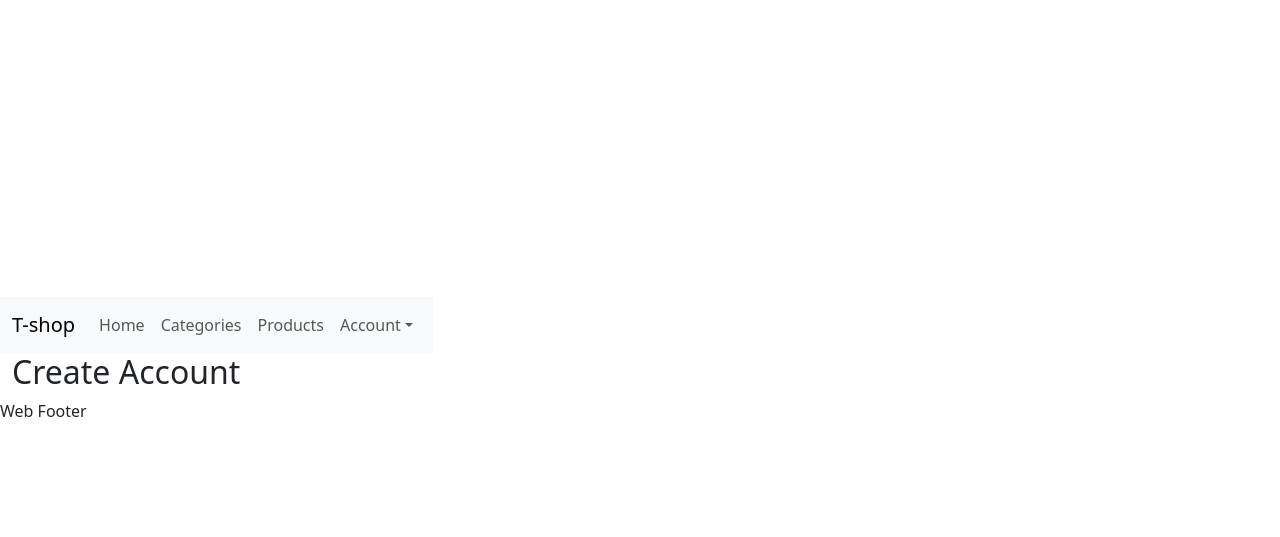
Repository: HadelAbdellatif/ecommerce1
Page: /register
These files come from the project's save history. The page is drawn as it stood at one moment and after the next save; the edit follows.
The browser window is 1280 px wide. The pictures show the whole page.
The project was rebuilt for these pictures with package versions that can differ from the ones it lists, and the page was loaded fresh each time. Also part of the build but not shown: vite.config.js, src/components/web/home/Home.jsx, src/components/web/categories/Categories.jsx, src/components/dashboard/navbar/Navbar.jsx, src/components/dashboard/footer/Footer.jsx, src/layouts/DashboardLayout.jsx, src/components/dashboard/home/Home.jsx, src/components/dashboard/categories/Categories.jsx.

Above is the page before, as saved 2023-11-20 20:12:20.

### src/main.jsx
import React from 'react'
import ReactDOM from 'react-dom/client'

import '../node_modules/bootstrap/dist/css/bootstrap.min.css'
import '../node_modules/bootstrap/dist/js/bootstrap.bundle.min.js'

import { ToastContainer } from 'react-toastify';
import 'react-toastify/dist/ReactToastify.css';

import App from './App.jsx'
import './index.css'

ReactDOM.createRoot(document.getElementById("root")).render(
  <App />
);

### src/App.jsx
import React from 'react'
import {router} from './layouts/Routes.jsx'
import axios from 'axios'
import { ToastContainer } from 'react-toastify';
import {createBrowserRouter, RouterProvider, } from "react-router-dom";



export default function App() {
  return (
    <RouterProvider router={router} />
  )
}

### src/layouts/Routes.jsx

import {createBrowserRouter, RouterProvider, } from "react-router-dom";

import Layout from "./Layout.jsx";
import Home from "./../components/web/home/Home.jsx";
import Categories from "./../components/web/categories/Categories.jsx";
import Register from "../components/web/register/Register.jsx";

import DashboardLayout from "../layouts/DashboardLayout.jsx";
import DashboardHome from "../components/dashboard/home/Home.jsx";
import DashboardCategories from "../components/dashboard/categories/Categories.jsx";


export const router = createBrowserRouter([
    {
      path: "/",
      element: <Layout />,
      children:[
        {
          path:'home',
          element: <Home />
        },
        {
          path:'categories',
          element: <Categories />
        },
        {
          path:'register',
          element: <Register />
        },
        {
          path:'*',
          element: <h2 className='fst-italic'>page not found --- web</h2>
        }
      ]
    },
    {
      path:"/dashboard",
      element: <DashboardLayout />,
      children:[
        {
          path:'home',
          element: <DashboardHome />
        },
        {
          path:'categories',
          element: <DashboardCategories />
        },
        {
          path:'*',
          element: <h2 className='fst-italic'>page not found --- dashboard</h2>
        }
      ]
    }

  ]);

### src/layouts/Layout.jsx
import React from 'react'
import Navbar from '../components/web/navbar/Navbar'
import Footer from '../components/web/footer/Footer'
import { Outlet } from 'react-router-dom'

export default function Layout() {
    return (
        <>
            <Navbar />
            <Outlet />
            <Footer />
        </>
    )
}

### src/components/web/register/Register.jsx
import React from 'react'
import Input from '../../shared/Input';

export default function Register() {


    const inputs = [
        {
            id: 'username',
            type: 'text',
            name: 'username',
            title: 'User Name',
        },
        {
            id: 'email',
            type: 'email',
            name: 'email',
            title: 'Email',
        },
        {
            id: 'password',
            type: 'password',
            name: 'password',
            title: 'Password',
        },
    ];

    const renderInputs = inputs.map((input, index) =>
        <Input type={input.type} id={input.id} name={input.name} title={input.title} />
    )


    return (
        <>
        <div className="container">

            <h2>Create Account</h2>
            <form>

            </form>

        </div>
        </>
    )
}

### src/components/web/navbar/Navbar.jsx
import React from 'react'
import { Link } from 'react-router-dom'

export default function Navbar() {
  return (
    <>
      <nav className="navbar navbar-expand-lg bg-body-tertiary">
        <div className="container">
          <a className="navbar-brand" href="#">T-shop</a>
          <button className="navbar-toggler" type="button" data-bs-toggle="collapse" data-bs-target="#navbarSupportedContent" aria-controls="navbarSupportedContent" aria-expanded="false" aria-label="Toggle navigation">
            <span className="navbar-toggler-icon" />
          </button>
          <div className="collapse navbar-collapse" id="navbarSupportedContent">
            <ul className="navbar-nav m-auto mb-2 mb-lg-0">

              <li className="nav-item">
                <a className="nav-link" href="#">Home</a>
              </li>


              <li className="nav-item">
                <a className="nav-link" href="#">Categories</a>
              </li>


              <li className="nav-item">
                <a className="nav-link" href="#">Products</a>
              </li>


            </ul>
            <ul className="navbar-nav">
              <li className="nav-item dropdown">
                <a className="nav-link dropdown-toggle" href="#" role="button" data-bs-toggle="dropdown" aria-expanded="false">
                  Account
                </a>
                <ul className="dropdown-menu ">
                  <li><Link  to={"/register"} className="dropdown-item" href="#">register</Link></li>
                  <li><hr className="dropdown-divider" /></li>
                  <li><a className="dropdown-item" href="#">login</a></li>
                </ul>
              </li>
            </ul>

          </div>
        </div>
      </nav>

    </>
  )
}

### src/components/web/footer/Footer.jsx
import React from 'react'

export default function Footer() {
  return (
    <div>Web Footer</div>
  )
}

### src/components/shared/Input.jsx
import React from 'react'

export default function Input({ id, title, type = 'text', name }) {
    return (
        <>
            <div className="input-group mb-3">
                <label htmlFor={id}>{title}</label>
                <input type={type} name={name} className="form-control" id={id} />
            </div>
        </>
    )
}

Loaded but not shown: index.html (common file); src/index.css (common file)

After the next save:
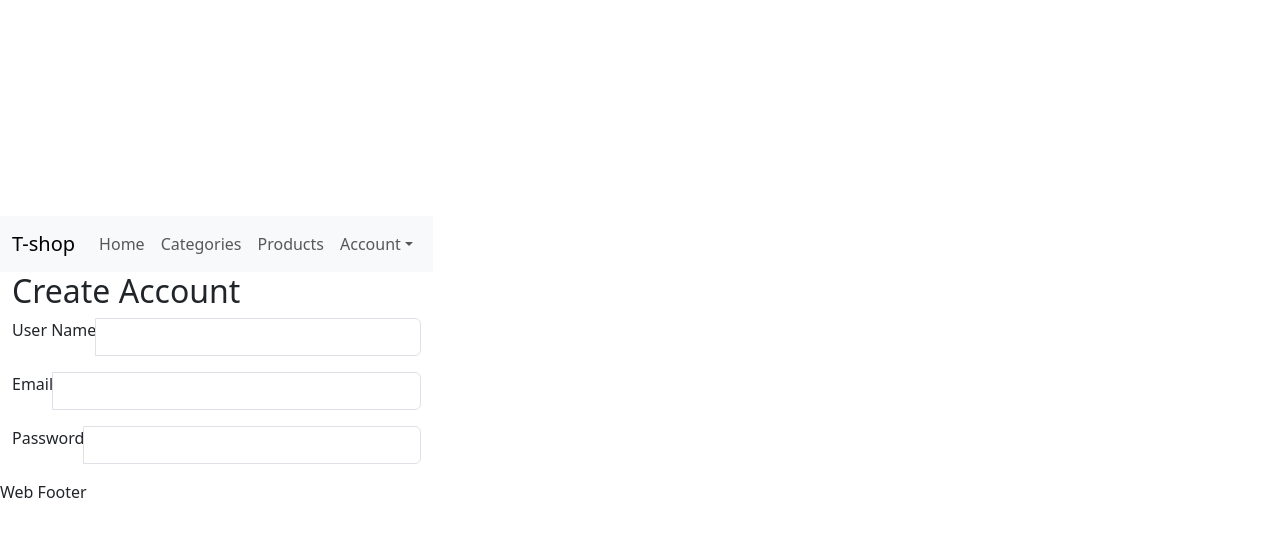
Saved 4 s later.
--- a/src/components/web/register/Register.jsx
+++ b/src/components/web/register/Register.jsx
@@ -36,7 +36,7 @@ export default function Register() {
 
             <h2>Create Account</h2>
             <form>
-
+                {renderInputs}
             </form>
 
         </div>
